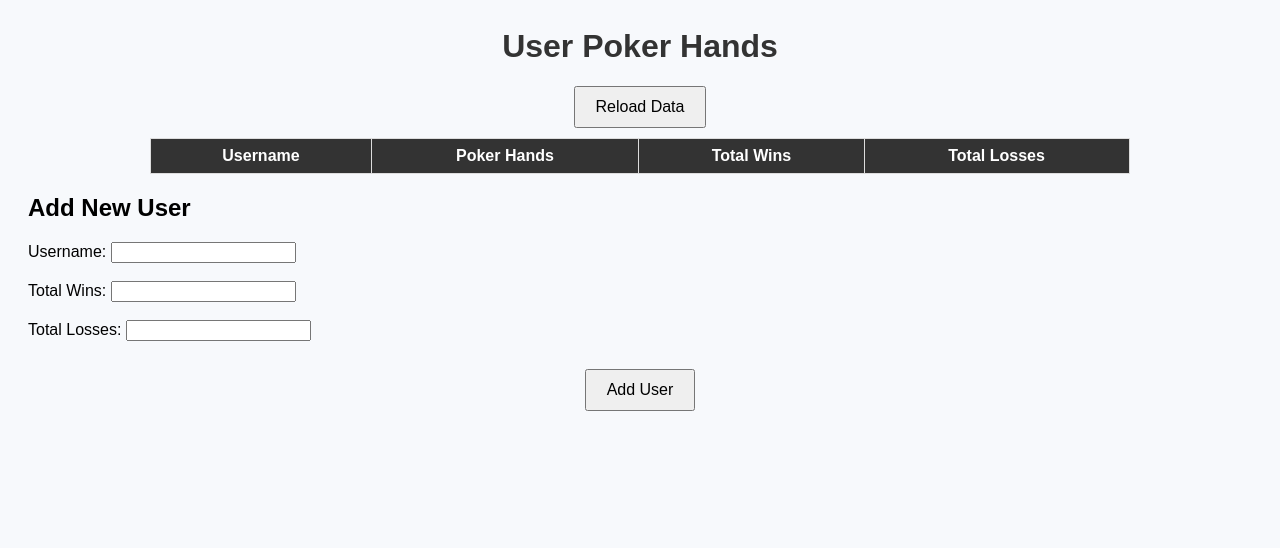
Repository: KidBillionaire/newapp
Page: public/index.html
An editor plug-in stored every save of this project. The page is shown before and after the next save, followed by the edit.
The browser window is 1280 px wide. The pictures show the whole page.

Above is the page before, as saved 2024-10-10 15:59:06.

After the next save:
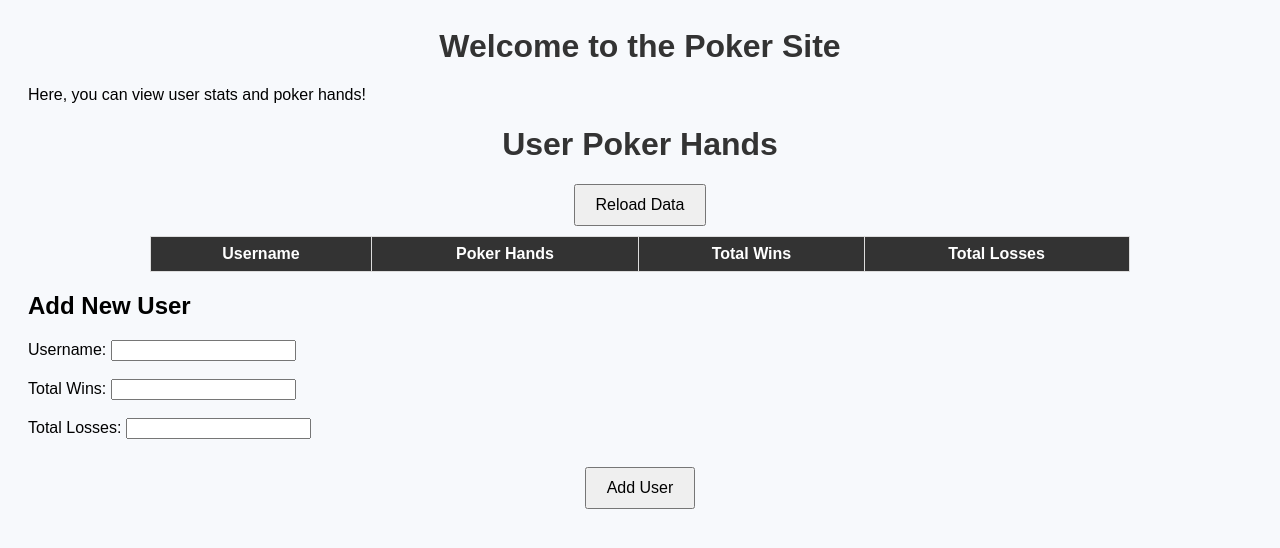
Saved 24 s later.
--- a/public/index.html
+++ b/public/index.html
@@ -1,6 +1,9 @@
 <body>
     <link rel="stylesheet" href="styles.css">
     <link href="https://fonts.googleapis.com/css2?family=Montserrat:wght@400;700&display=swap" rel="stylesheet">
+
+    <h1 class="montserrat-title">Welcome to the Poker Site</h1>
+<p class="montserrat-body">Here, you can view user stats and poker hands!</p>
 
     <h1>User Poker Hands</h1>
     <button id="reloadButton">Reload Data</button>
